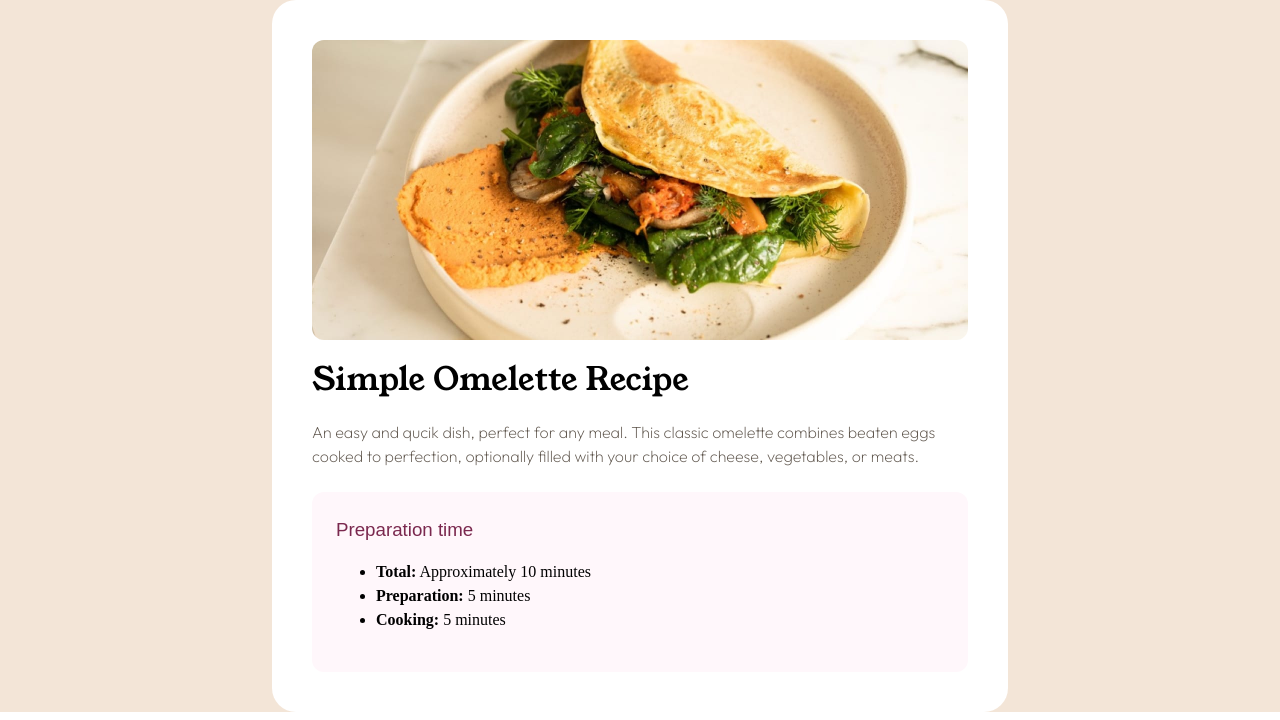
Repository: brandontaylor1/recipe-page
Page: index.html
These files come from the project's save history. The page is drawn as it stood at one moment and after the next save; the edit follows.
The browser window is 1280 px wide. The pictures show the whole page.

Above is the page before, as saved 2024-12-28 22:06:02.

After the next save:
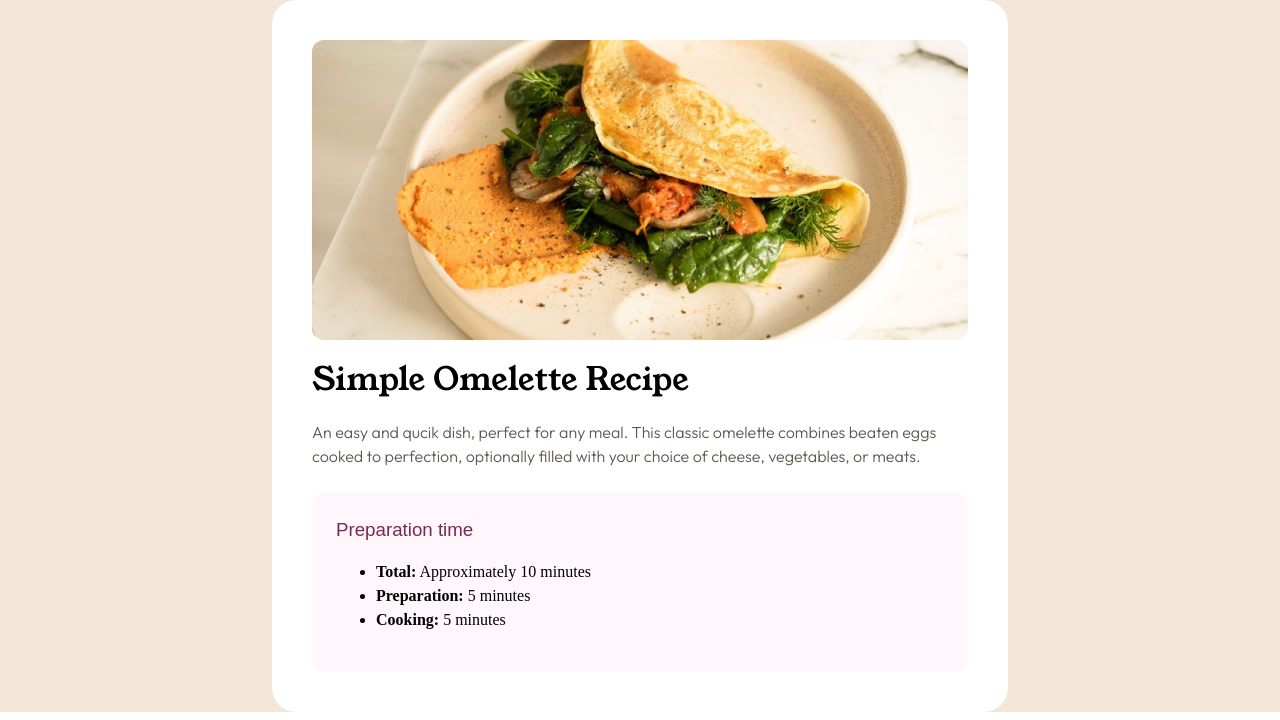
Saved 6 s later.
--- a/styles.css
+++ b/styles.css
@@ -165,7 +165,7 @@ select {
     color: var(--color-stone-600);
     font-family: "Outfit", sans-serif;
     font-size: 1rem;
-    font-weight: 200;
+    font-weight: 300;
     line-height: 24px;
 }
 
